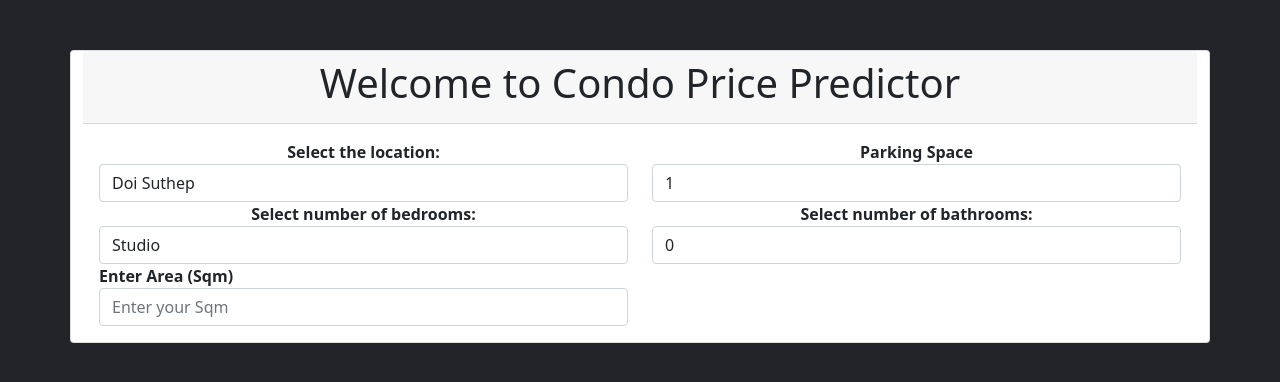
Repository: myothida/condoprice_CNX
Page: http://localhost/
These files come from the project's save history. The page is drawn as it stood at one moment and after the next save; the edit follows.
The browser window is 1280 px wide. The pictures show the whole page.
The page is served by the project's application, run on Flask 3 (main.py).

Above is the page before, as saved 2023-09-26 22:02:16.

After the next save:
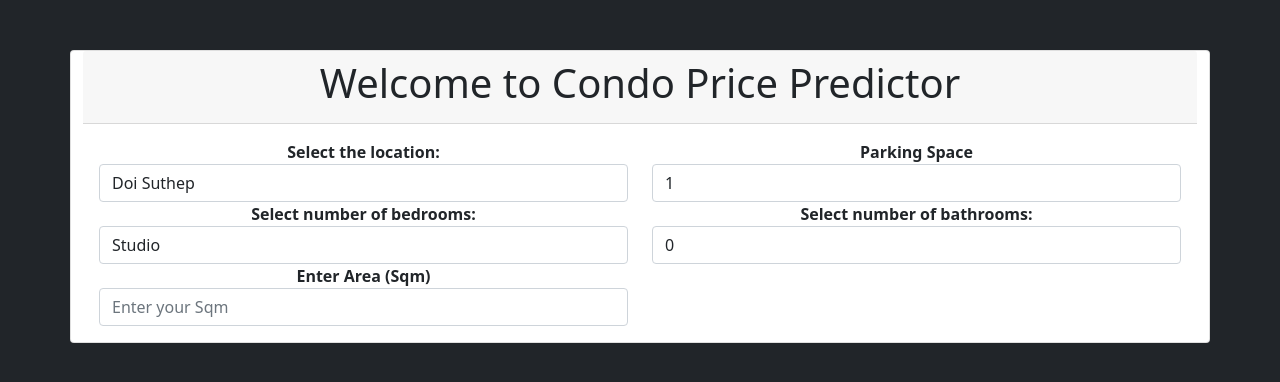
Saved 21 s later.
--- a/templates/index.html
+++ b/templates/index.html
@@ -82,10 +82,7 @@
                     <option>3</option>
                   </select>
                 </div>
-                <div
-                  class="col-md-6 form-group"
-                  style="text-align: center text-items:center"
-                >
+                <div class="col-md-6 form-group" style="text-align: center">
                   <label><b> Enter Area (Sqm) </b> </label>
                   <input
                     type="text"
